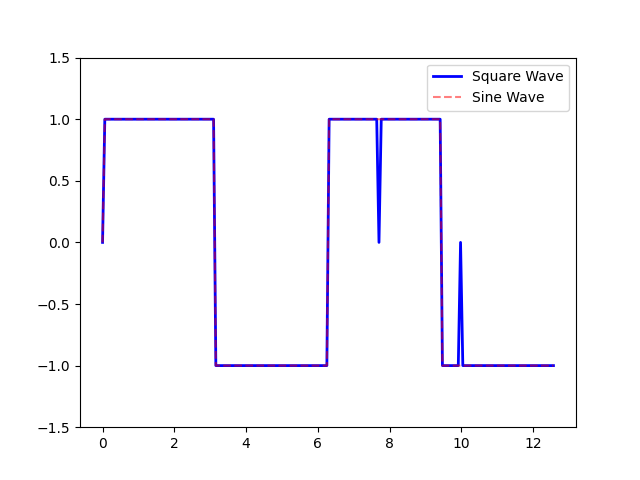
Repository: khulqu15/drone_smc_copppelia
Script's output: python py/realtime.py
These files come from the project's save history. The script's output is drawn as it stood at one moment and after the next save; the edit follows.
Animations are shown at an early frame. Random numbers start from a fixed seed.

Above is the script's output before, as saved 2024-06-24 00:30:55.

### py/realtime.py
import numpy as np
import matplotlib.pyplot as plt
from matplotlib.animation import FuncAnimation

x_len = 200
y_range = [-1.5, 1.5]

fig, ax = plt.subplots()
xs = np.linspace(0, 4 * np.pi, x_len)
ys = np.sin(xs)
square_ys = np.sign(ys)
ax.set_ylim(y_range)

line, = ax.plot(xs, square_ys, 'b-', linewidth=2, label='Square Wave')
sine_line, = ax.plot(xs, ys, 'r--', alpha=0.5, label='Sine Wave')
ax.legend()

def introduce_faults(square_wave, fault_probability=0.05, fault_amplitude=0):
    fault_indices = np.random.rand(len(square_wave)) < fault_probability
    square_wave[fault_indices] = fault_amplitude
    return square_wave

def update(frame):
    ys = np.sin(xs + frame / 10)
    square_ys = np.sign(ys)
    faulty_square_ys = introduce_faults(square_ys.copy(), fault_probability=0.01, fault_amplitude=0)

    line.set_ydata(faulty_square_ys)
    sine_line.set_ydata(square_ys)
    return line, sine_line

ani = FuncAnimation(fig, update, frames=np.arange(0, 400, 1), interval=50, blit=False)
plt.show()

After the next save:
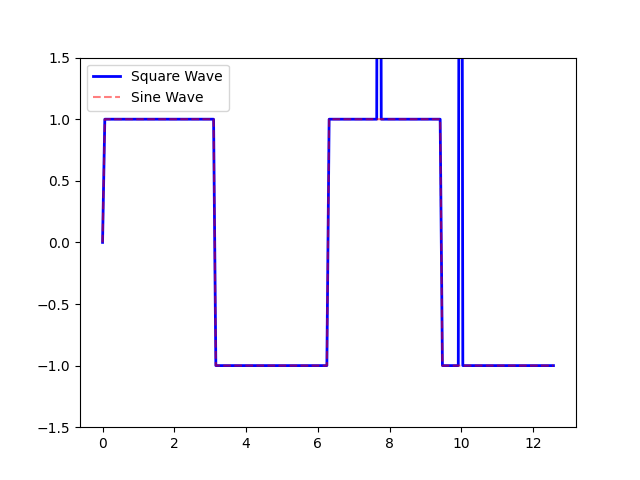
Saved 28 s later.
--- a/py/realtime.py
+++ b/py/realtime.py
@@ -23,7 +23,7 @@
 def update(frame):
     ys = np.sin(xs + frame / 10)
     square_ys = np.sign(ys)
-    faulty_square_ys = introduce_faults(square_ys.copy(), fault_probability=0.01, fault_amplitude=0)
+    faulty_square_ys = introduce_faults(square_ys.copy(), fault_probability=0.01, fault_amplitude=10)
 
     line.set_ydata(faulty_square_ys)
     sine_line.set_ydata(square_ys)

After the save that followed:
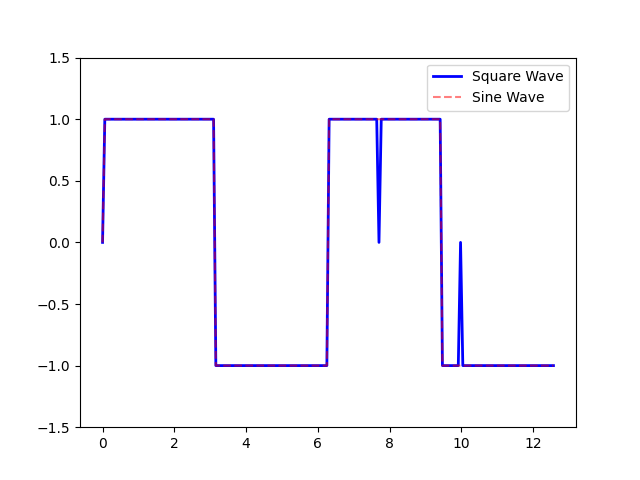
Saved 11 s later.
--- a/py/realtime.py
+++ b/py/realtime.py
@@ -23,7 +23,7 @@
 def update(frame):
     ys = np.sin(xs + frame / 10)
     square_ys = np.sign(ys)
-    faulty_square_ys = introduce_faults(square_ys.copy(), fault_probability=0.01, fault_amplitude=10)
+    faulty_square_ys = introduce_faults(square_ys.copy(), fault_probability=0.01, fault_amplitude=0)
 
     line.set_ydata(faulty_square_ys)
     sine_line.set_ydata(square_ys)
